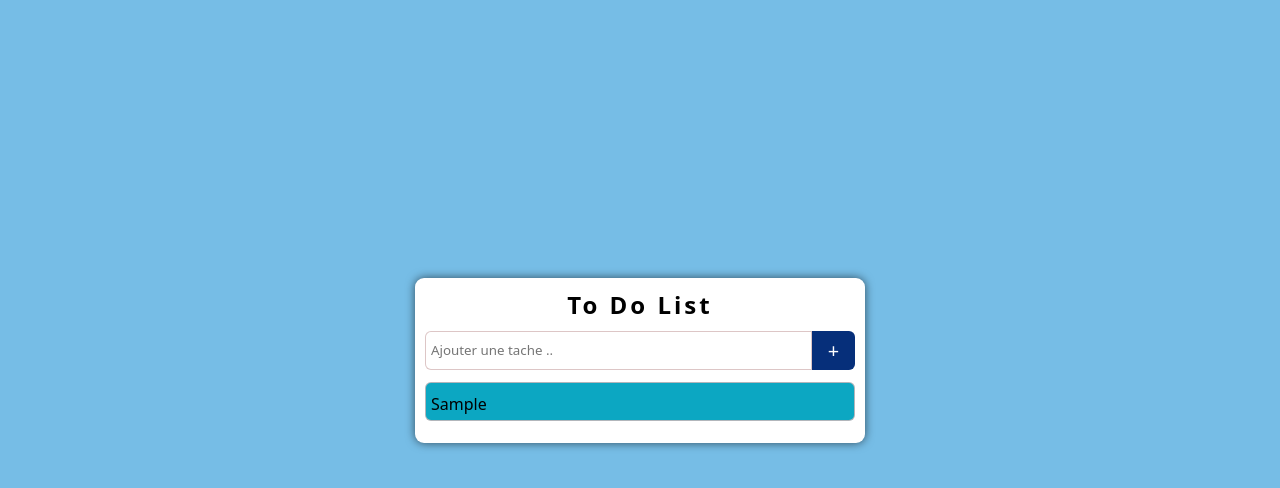
Repository: beva3/javaScrypt
Page: to-do-liste/index.html
The author's editor kept a copy of each file at every save. The page is drawn from the files as they stood at one save, then again after a run of saves.
The browser window is 1280 px wide. The pictures show the whole page.
Empty fields were first filled with sample values (such as "Sample", 5 or name@example.com).
After loading, the first visible `#addTodo` was clicked once.

Above is the page before, as saved 2024-05-08 21:25:09.

After the next 2 saves:
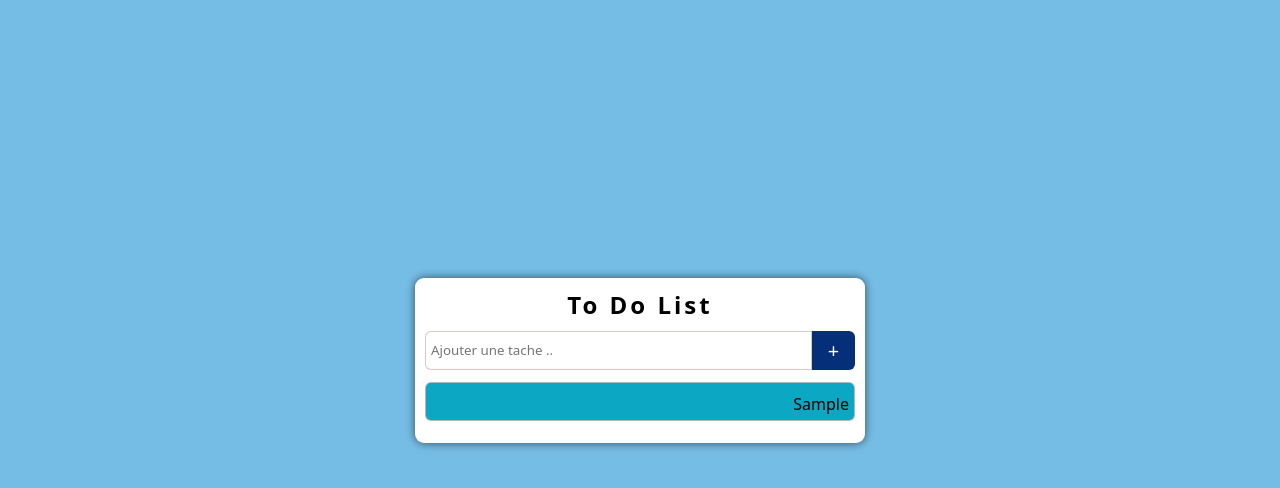
The 2 saves are shown as one change because they came seconds apart.
The last was saved 10 s later.
--- a/to-do-liste/style.css
+++ b/to-do-liste/style.css
@@ -55,5 +55,5 @@ h1{
     background-color: rgb(12, 167, 194);
     border-radius: 6px;
     margin: 12px 0;
-    text-align: left;
+    text-align: right;
 }
